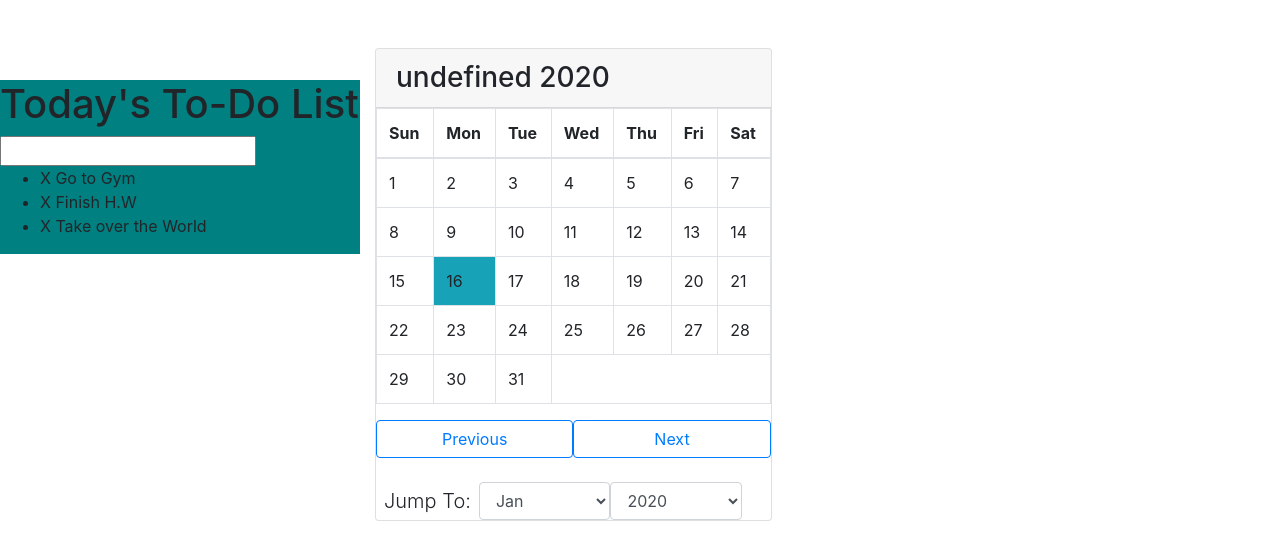
Repository: kkyler24/DayPlanner
Page: Index.html
The author's editor kept a copy of each file at every save. The page is drawn from the files as they stood at one save, then again after the next save.
The browser window is 1280 px wide. The pictures show the whole page.
Some web libraries are served in a nearby version.

Above is the page before, as saved 2020-03-25 16:41:30.

### Index.html
<!DOCTYPE html>
<html lang="en">
<head>
    <meta charset="UTF-8">
    <meta name="viewport" content="width=device-width, initial-scale=1.0">
    <script type="text/javascript" src="Assets/todoJS/Lib/jquery-3.4.1.min.js" ></script>
    <!-- Style Sheets -->
    <link rel="stylesheet" href="https://maxcdn.bootstrapcdn.com/bootstrap/4.0.0/css/bootstrap.min.css" integrity="sha384-Gn5384xqQ1aoWXA+058RXPxPg6fy4IWvTNh0E263XmFcJlSAwiGgFAW/dAiS6JXm" crossorigin="anonymous">
    <link rel="stylesheet" type="text/CSS" href="Assets/todocss/todostyles.css">
    <link rel="stylesheet"  type="text/CSS" href="style.css">
    <title>Planner</title>
</head>
<body>
<Main>
<!-- todo list Set up -->
<Div>
<Section>
    <div id="ContainerTodo">
        <H1>Today's To-Do List</H1>
        <input type="text">
        <ul>
            <li><span>X</span> Go to Gym</li>
            <li><span>X</span> Finish H.W</li>
            <li><span>X</span> Take over the World</li>
        </ul>





         </div>
 <!-- calendar set up -->
    <div class="container col-sm-4 col-md-7 col-lg-4 mt-5">
        <div class="card">
            <h3 class="card-header" id="monthAndYear"></h3>
            <table class="table table-bordered table-responsive-md" id="calendar">
                <thead>
                <tr>
                    <th>Sun</th>
                    <th>Mon</th>
                    <th>Tue</th>
                    <th>Wed</th>
                    <th>Thu</th>
                    <th>Fri</th>
                    <th>Sat</th>
                </tr>
                </thead>

                <tbody id="calendar-body">

                </tbody>
            </table>

            <div class="form-inline">

                <button class="btn btn-outline-primary col-sm-6" id="previous" onclick="previous()">Previous</button>

                <button class="btn btn-outline-primary col-sm-6" id="next" onclick="next()">Next</button>
            </div>
            <br/>
            <form class="form-inline">
                <label class="lead mr-2 ml-2" for="month">Jump To: </label>
                <select class="form-control col-sm-4" name="month" id="month" onchange="jump()">
                    <option value=0>Jan</option>
                    <option value=1>Feb</option>
                    <option value=2>Mar</option>
                    <option value=3>Apr</option>
                    <option value=4>May</option>
                    <option value=5>Jun</option>
                    <option value=6>Jul</option>
                    <option value=7>Aug</option>
                    <option value=8>Sep</option>
                    <option value=9>Oct</option>
                    <option value=10>Nov</option>
                    <option value=11>Dec</option>
                </select>


                <label for="year"></label><select class="form-control col-sm-4" name="year" id="year" onchange="jump()">

                <option value=2020>2020</option>
                <option value=2021>2021</option>
                <option value=2022>2022</option>
                <option value=2023>2023</option>
                <option value=2024>2024</option>
                <option value=2025>2025</option>
                <option value=2026>2026</option>
                <option value=2027>2027</option>
                <option value=2028>2028</option>
                <option value=2029>2029</option>
                <option value=2030>2030</option>
                <option value=2030>2030</option>
                <option value=2030>2030</option>
                <option value=2030>2030</option>
                <option value=2030>2030</option>
            </select></form>
        </div>
    </div>
    <!--<button name="jump" onclick="jump()">Go</button>-->
</sectiontwo>
</Div>
</Main>
<script src="https://code.jquery.com/jquery-3.2.1.slim.min.js" integrity="sha384-KJ3o2DKtIkvYIK3UENzmM7KCkRr/rE9/Qpg6aAZGJwFDMVNA/GpGFF93hXpG5KkN" crossorigin="anonymous"></script>
<script src="https://cdnjs.cloudflare.com/ajax/libs/popper.js/1.12.9/umd/popper.min.js" integrity="sha384-ApNbgh9B+Y1QKtv3Rn7W3mgPxhU9K/ScQsAP7hUibX39j7fakFPskvXusvfa0b4Q" crossorigin="anonymous"></script>
<script src="https://maxcdn.bootstrapcdn.com/bootstrap/4.0.0/js/bootstrap.min.js" integrity="sha384-JZR6Spejh4U02d8jOt6vLEHfe/JQGiRRSQQxSfFWpi1MquVdAyjUar5+76PVCmYl" crossorigin="anonymous"></script>

<Script type="text/javascript" src="javascript.js"></Script>
<Script type="text/javascript" src="Assets/todo JS/todo.js"></Script>
</body>
</html>

### Assets/todocss/todostyles.css
#ContainerTodo{
  background: teal;
  width: 360px;
  margin-top:5rem;
  float: left;

}

### style.css
.container{
    margin-right: 400px;
    margin-top: 200px;
    float: left;
}

### javascript.js
let today = new Date();
let currentMonth = today.getMonth();
let currentYear = today.getFullYear();
let selectYear = document.getElementById("year");
let selectMonth = document.getElementById("month");


let months = ["January", "February", "March", "April", "May", "June", "July", "August", "September", "October", "November", "December"];

let monthAndYear = document.getElementById("monthAndYear");
showCalendar(currentMonth, currentYear);

function showCalendar(month, year){

    let firstDay =(new Date(year, month)).getDay();
    let daysInMonth = 32- new Date(year, month, 32).getDate();

    // -->body of the Calendar<--
    let tbl = document.getElementById("calendar-body");


// -->clear previous cells, for new month<--
    tbl.innerHTML="";

    monthAndYear.innerHTML= months[months]+" "+ year;

    // --> create cells for Calendar<--
    let date = 1;
    for(let i = 0; i < 6; i++){
        let row  = document.createElement("tr");
        // --> creating table rows. not really sure about the 6 part. inquire why you need a 6 and not a 7-->

        // creating indivdual cells, and putting data in them.

        for(let j = 0; j < 7; j++){
            if(i===0 && j< firstDay){
                let cell = document.createElement("td");
                let cellText = document.createTextNode("");
                cell.appendChild(cellText);
                row.appendChild(cell);
            }
            else if(date > daysInMonth)
             { break;

        }
        else {
            let cell = document.createElement("td");
            let cellText = document.createTextNode(date);
            if(date ===today.getDate() && year === today.getFullYear() && month === today.getMonth()){
                cell.classList.add
                // --> bootstrap colors, try to get a wider variety of colors <--
                ("bg-info");
            }
            cell.appendChild(cellText);
            row.appendChild(cell);


        }
        date++;

        }

        tbl.appendChild(row);

    }

}

function previous(){
    currentYear =( currentMonth === 0)? currentYear -1 : currentYear;
    currentMonth = currentMonth === 0? 11:currentMonth-1;
    showCalendar(currentMonth, currentYear);
}

function next(){
    currentYear = (currentMonth ===11)? currentYear + 1: currentYear;
    currentMonth = (currentMonth + 1) % 12;
    showCalendar (currentMonth, currentYear);

}
// To do list set up

Loaded but not shown: Assets/todo JS/Lib/jquery-3.4.1.min.js (library); Assets/todo JS/todo.js (no stored copy; drawn as an empty file)

After the next save:
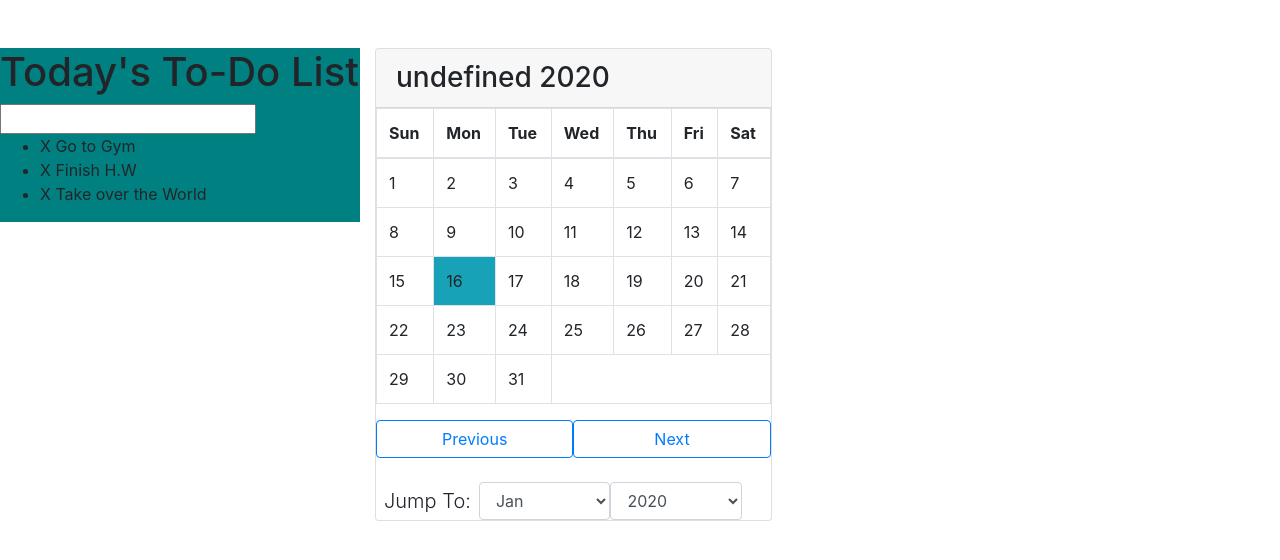
Saved 37 s later.
--- a/Assets/todocss/todostyles.css
+++ b/Assets/todocss/todostyles.css
@@ -1,7 +1,7 @@
 #ContainerTodo{
   background: teal;
   width: 360px;
-  margin-top:5rem;
+  margin-top:3rem;
   float: left;
 
 }
